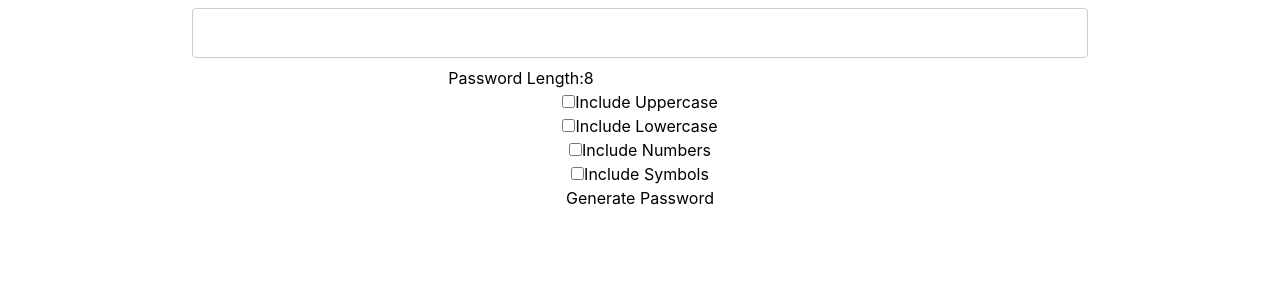
Repository: sriram1224/Password-generator
Page: / (app in password-generator/)
An editor plug-in stored every save of this project. The page is shown before and after the next save, followed by the edit.
The browser window is 1280 px wide. The pictures show the whole page.
Some web libraries are served in a nearby version. The project was rebuilt for these pictures with package versions that can differ from the ones it lists, and the page was loaded fresh each time.

Above is the page before, as saved 2024-03-10 21:26:08.

### password-generator/public/index.html
<!DOCTYPE html>
<html lang="en">

<head>
  <meta charset="utf-8" />
  <link rel="icon" href="%PUBLIC_URL%/favicon.ico" />
  <meta name="viewport" content="width=device-width, initial-scale=1" />
  <meta name="theme-color" content="#000000" />
  <meta name="description" content="Web site created using create-react-app" />

  <link rel="apple-touch-icon" href="%PUBLIC_URL%/logo192.png" />
  <!--
      manifest.json provides metadata used when your web app is installed on a
      user's mobile device or desktop. See https://developers.google.com/web/fundamentals/web-app-manifest/
    -->
  <link rel="manifest" href="%PUBLIC_URL%/manifest.json" />
  <!--
      Notice the use of %PUBLIC_URL% in the tags above.
      It will be replaced with the URL of the `public` folder during the build.
      Only files inside the `public` folder can be referenced from the HTML.

      Unlike "/favicon.ico" or "favicon.ico", "%PUBLIC_URL%/favicon.ico" will
      work correctly both with client-side routing and a non-root public URL.
      Learn how to configure a non-root public URL by running `npm run build`.
    -->
  <title>React App</title>
</head>

<body>
  <noscript>You need to enable JavaScript to run this app.</noscript>
  <div id="root"></div>
  <script src="https://cdn.tailwindcss.com"></script>
</body>

</html>

### password-generator/src/App.js
import PasswordGenerator from './Components/content.js';
import './App.css';

function App() {
  return (
    <div className="App">
       <PasswordGenerator />

    </div>
  );
}

export default App;

### password-generator/src/Components/content.js
import React, { useState } from 'react';
import "./content.css"
const PasswordGenerator = () => {
  const [includeUppercase, setIncludeUppercase] = useState(false);
  const [includeLowercase, setIncludeLowercase] = useState(false);
  const [includeNumbers, setIncludeNumbers] = useState(false);
  const [includeSymbols, setIncludeSymbols] = useState(false);
  const [password, setPassword] = useState('');
  const [passwordLength, setPasswordLength] = useState(8);

  const generatePassword = () => {
    const uppercaseChars = 'ABCDEFGHIJKLMNOPQRSTUVWXYZ';
    const lowercaseChars = 'abcdefghijklmnopqrstuvwxyz';
    const numberChars = '0123456789';
    const symbolChars = '!@#$%^&*()_+-=[]{}|;:,.<>?';

    let chars = '';
    if (includeUppercase) chars += uppercaseChars;
    if (includeLowercase) chars += lowercaseChars;
    if (includeNumbers) chars += numberChars;
    if (includeSymbols) chars += symbolChars;

    let generatedPassword = '';
    for (let i = 0; i < passwordLength; i++) {
      const randomIndex = Math.floor(Math.random() * chars.length);
      generatedPassword += chars[randomIndex];
    }
    setPassword(generatedPassword);
  };

  const copyToClipboard = () => {
    navigator.clipboard.writeText(password);
  };

  return (
    <div>


      <div>
        <input type="text" readOnly value={password} class="text-input"	 />
        <button onClick={copyToClipboard}><i class="fa-solid fa-copy"></i></button>
          </div>
          <div>
        <label>
          Password Length:
          <input type="number" value={passwordLength} onChange={(e) => setPasswordLength(parseInt(e.target.value))} />
        </label>
          </div>
               <div>
        <label>
          <input type="checkbox" checked={includeUppercase} onChange={() => setIncludeUppercase(!includeUppercase)} />
          Include Uppercase
        </label>
      </div>
      <div>
        <label>
          <input type="checkbox" checked={includeLowercase} onChange={() => setIncludeLowercase(!includeLowercase)} />
          Include Lowercase
        </label>
      </div>
      <div>
        <label>
          <input type="checkbox" checked={includeNumbers} onChange={() => setIncludeNumbers(!includeNumbers)} />
          Include Numbers
        </label>
      </div>
      <div>
        <label>
          <input type="checkbox" checked={includeSymbols} onChange={() => setIncludeSymbols(!includeSymbols)} />
          Include Symbols
        </label>
      </div>

          <button onClick={generatePassword} class="generate">Generate Password</button>
    </div>
  );
};

export default PasswordGenerator;

### password-generator/src/Components/content.css
.text-input{
    width: 70%;
    padding: 12px 20px;
    margin: 8px 0;
    display: inline-block;
    border: 1px solid #ccc;
    border-radius: 4px;
    box-sizing: border-box;
}

Loaded but not shown: password-generator/src/index.js (common file); password-generator/src/index.css (common file); password-generator/src/reportWebVitals.js (common file); password-generator/src/App.css (common file)

After the next save:
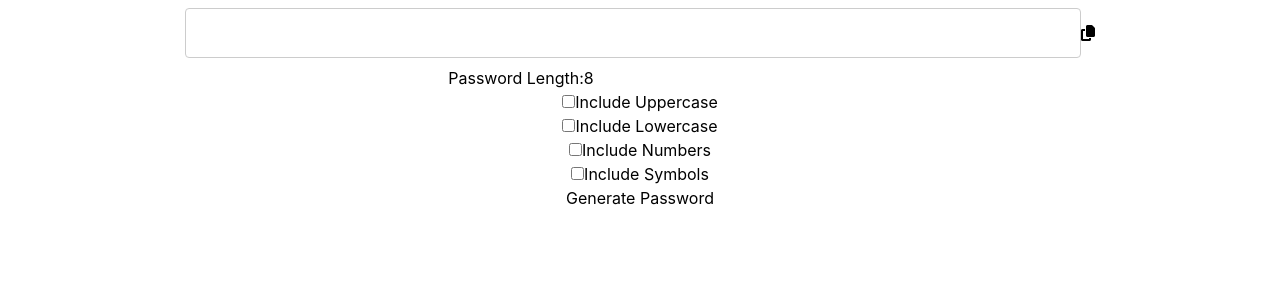
Saved 27 s later.
--- a/password-generator/public/index.html
+++ b/password-generator/public/index.html
@@ -9,20 +9,11 @@
   <meta name="description" content="Web site created using create-react-app" />
 
   <link rel="apple-touch-icon" href="%PUBLIC_URL%/logo192.png" />
-  <!--
-      manifest.json provides metadata used when your web app is installed on a
-      user's mobile device or desktop. See https://developers.google.com/web/fundamentals/web-app-manifest/
-    -->
+  <link rel="stylesheet" href="https://cdnjs.cloudflare.com/ajax/libs/font-awesome/6.5.1/css/all.min.css"
+    integrity="sha512-DTOQO9RWCH3ppGqcWaEA1BIZOC6xxalwEsw9c2QQeAIftl+Vegovlnee1c9QX4TctnWMn13TZye+giMm8e2LwA=="
+    crossorigin="anonymous" referrerpolicy="no-referrer" />
   <link rel="manifest" href="%PUBLIC_URL%/manifest.json" />
-  <!--
-      Notice the use of %PUBLIC_URL% in the tags above.
-      It will be replaced with the URL of the `public` folder during the build.
-      Only files inside the `public` folder can be referenced from the HTML.
 
-      Unlike "/favicon.ico" or "favicon.ico", "%PUBLIC_URL%/favicon.ico" will
-      work correctly both with client-side routing and a non-root public URL.
-      Learn how to configure a non-root public URL by running `npm run build`.
-    -->
   <title>React App</title>
 </head>
 
